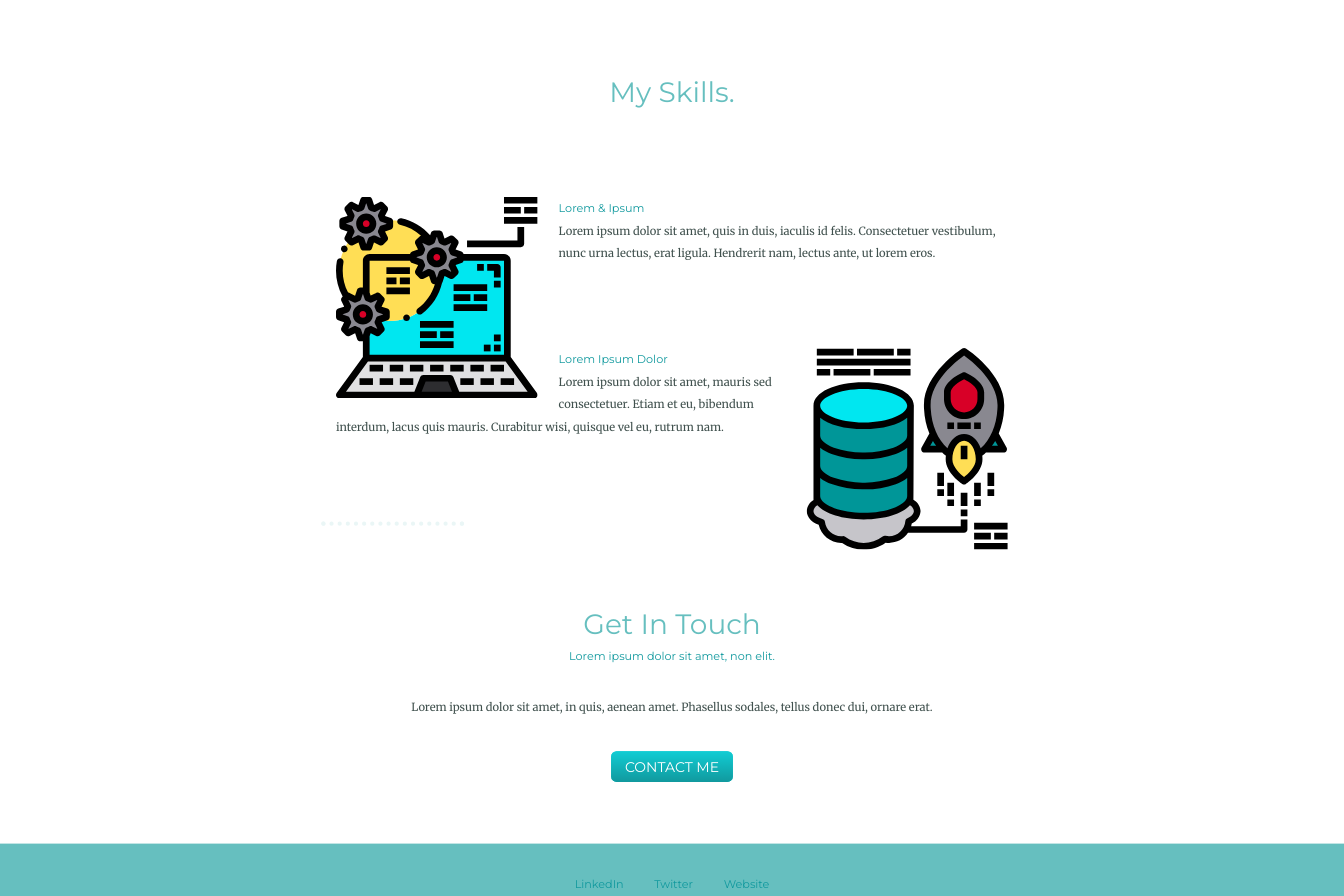
Repository: Isanderr/simple_landing_page-1
Page: index.html
These files come from the project's save history. The page is drawn as it stood at one moment and after the next save; the edit follows.
The browser window is 1920 px wide. The pictures show the part of the page from y = 1333 to 2613 px (the page is 2689 px tall), at 70% of full size.
A picture or video elsewhere on the page could not be fetched, so the positions and the page height are approximate.

Above is the page before, as saved 2019-02-01 18:42:53.

After the next save:
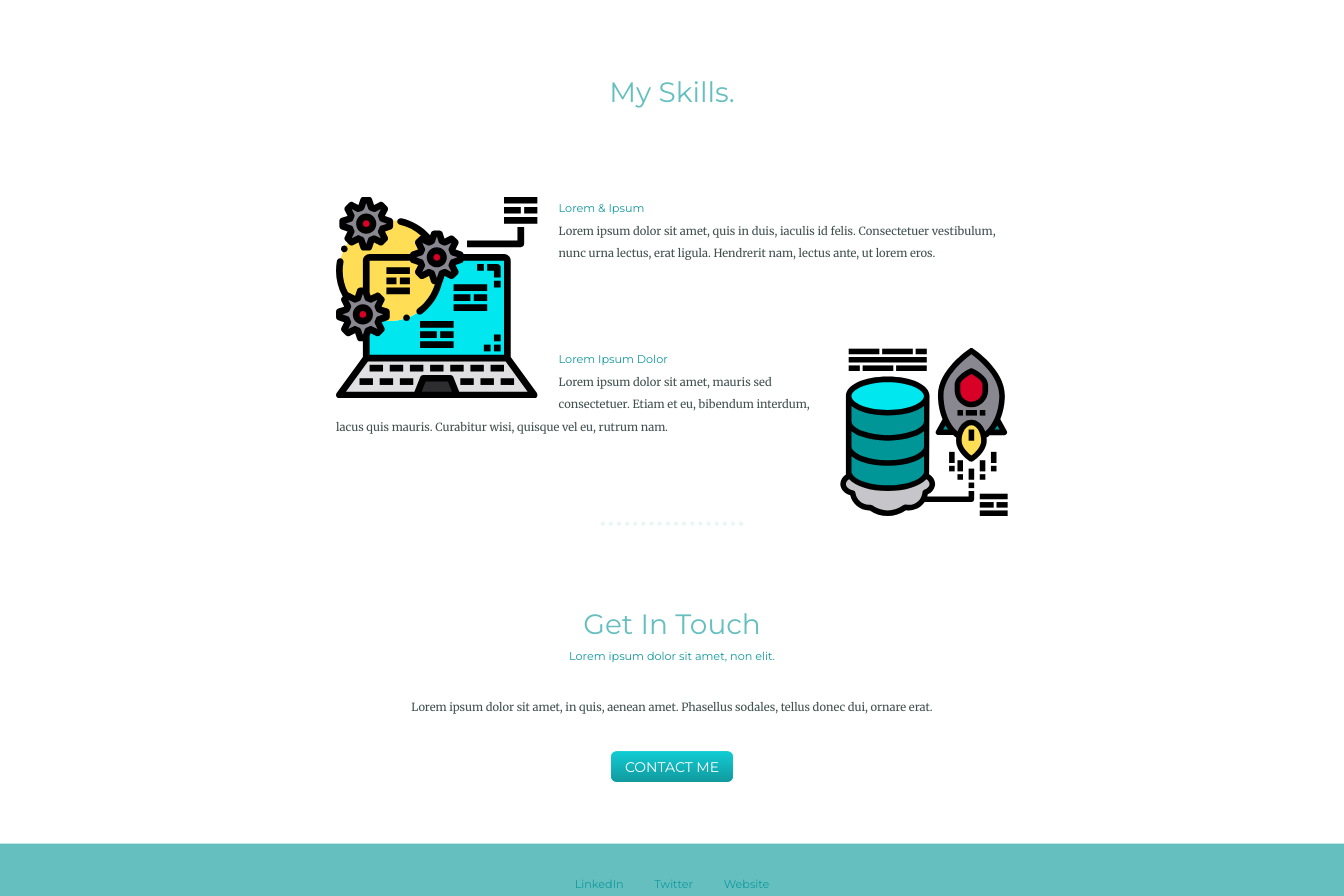
Saved 4 min 57 s later.
--- a/css/styles.css
+++ b/css/styles.css
@@ -141,3 +141,19 @@ padding: 20px 0;
     background-image: linear-gradient(to bottom, #30e3cb, #2bc4a);
     text-decoration: none;
   }
+
+/* media queries */
+
+@media (min-width: 1670px) {
+    .computer-img {
+        width: 30%;
+        float: left;
+        margin-right: 30px;
+    }
+
+    .hosting-img {
+        width: 25%;
+        float: right;
+        margin-left: 30px;
+    }
+ }
